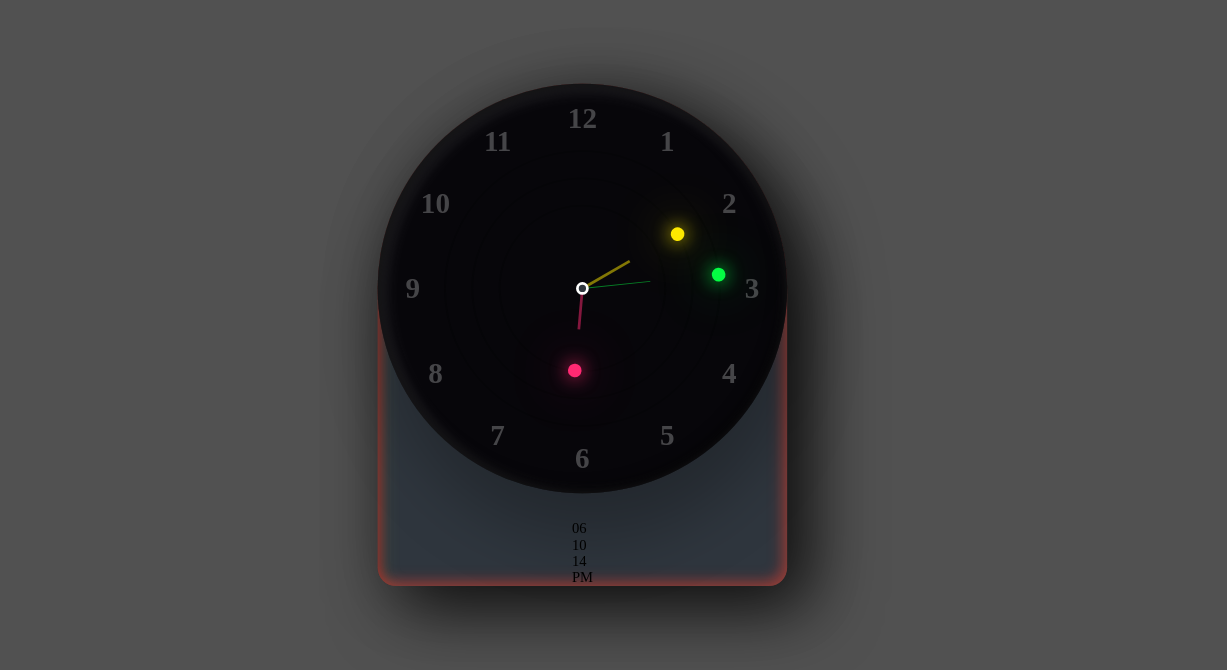
Repository: manthanparekh/animated-clock
Page: index.html
The author's editor kept a copy of each file at every save. The page is drawn from the files as they stood at one save, then again after the next save.
The browser window is 1280 px wide. The page is 1280 px wide, then 1348 px, so the pictures cover 1348 px, including what lies to the right of the window. The pictures show the whole page, at 91% of full size.

Above is the page before, as saved 2023-07-01 15:11:06.

After the next save:
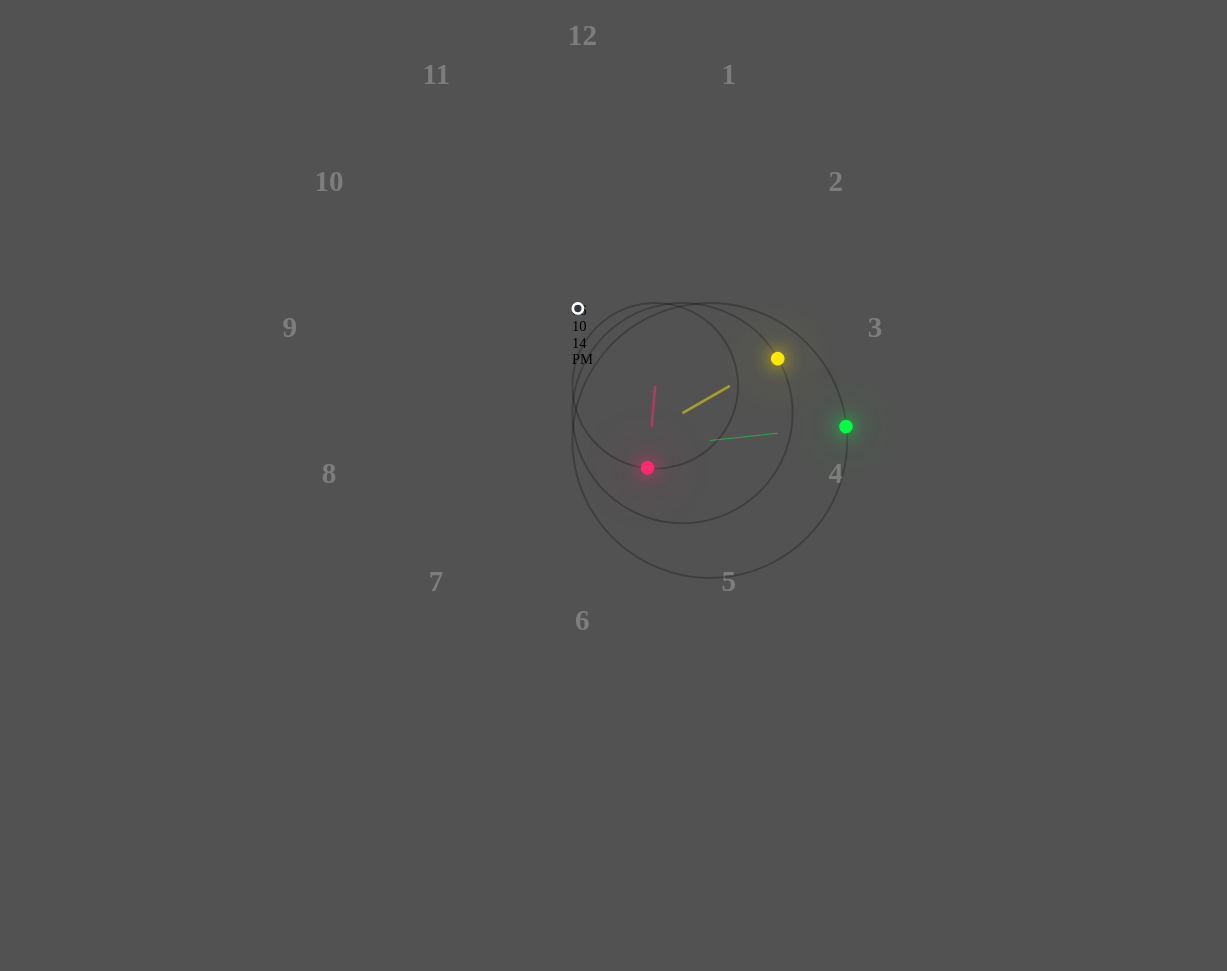
Saved 4 min 44 s later.
--- a/style.css
+++ b/style.css
@@ -1,11 +1,13 @@
 @import url('https://fonts.googleapis.com/css?family=Poppins');
 
-{
+
+/*{
     margin: 0;
     padding: 0;
     box-sizing: border-box;
     font-family: 'Poppins', sans-serif;
 }
+*/
 
 body
 {
@@ -13,19 +15,20 @@ body
     justify-content: center;
     align-items: center;
     min-height: 100vh;
-    background: #000000ae;
+    background: #020202ae;
 }
 
+/*
 .container
 {
     position: relative;
-    background: #2f363e;
+    background: #2667b2;
     /* min-height: 500px; */
     border-radius: 20px;
     border-top-left-radius: 225px;
     border-top-right-radius: 225px;
     box-shadow: 25px 25px 75px rgba(0,0,0,0.75),
-    10px 10px 70px rgba(0,0,0,0.25),
+    10px 10px 70px rgba(138, 59, 59, 0.25),
     inset 5px 5px 10px rgba(176, 27, 27, 0.5),
     inset 5px 5px 20px rgba(164, 200, 95, 0.2),
     inset -5px -5px 15px rgba(176, 54, 54, 0.75);
@@ -34,7 +37,7 @@ body
     align-items: center;
     flex-direction: column;
 }
-
+*/
 .clock
 {
     position: relative;
